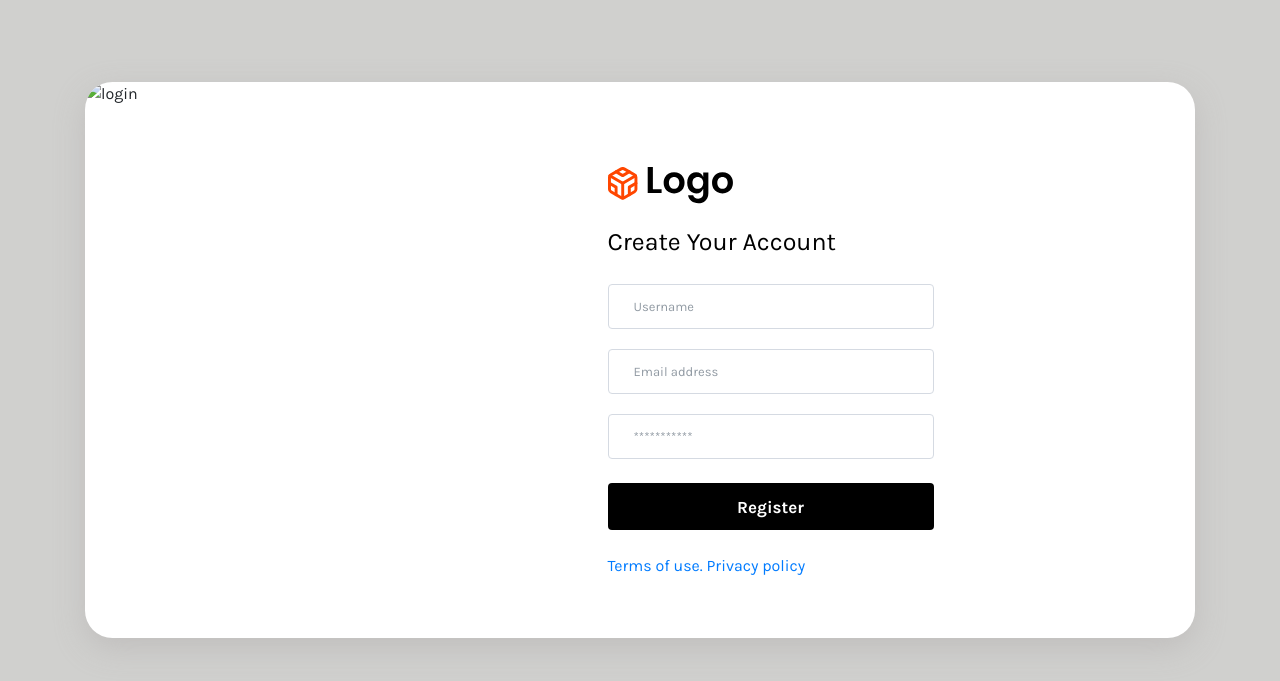
Repository: sara55m/Login
Page: http://localhost/register
An editor plug-in stored every save of this project. The page is shown before and after the next save, followed by the edit.
The browser window is 1280 px wide. The pictures show the whole page.
Some web libraries are served in a nearby version. The page is served by the project's Laravel application, run on PHP 8.4 with Laravel 10.

Above is the page before, as saved 2024-03-01 17:04:30.

After the next save:
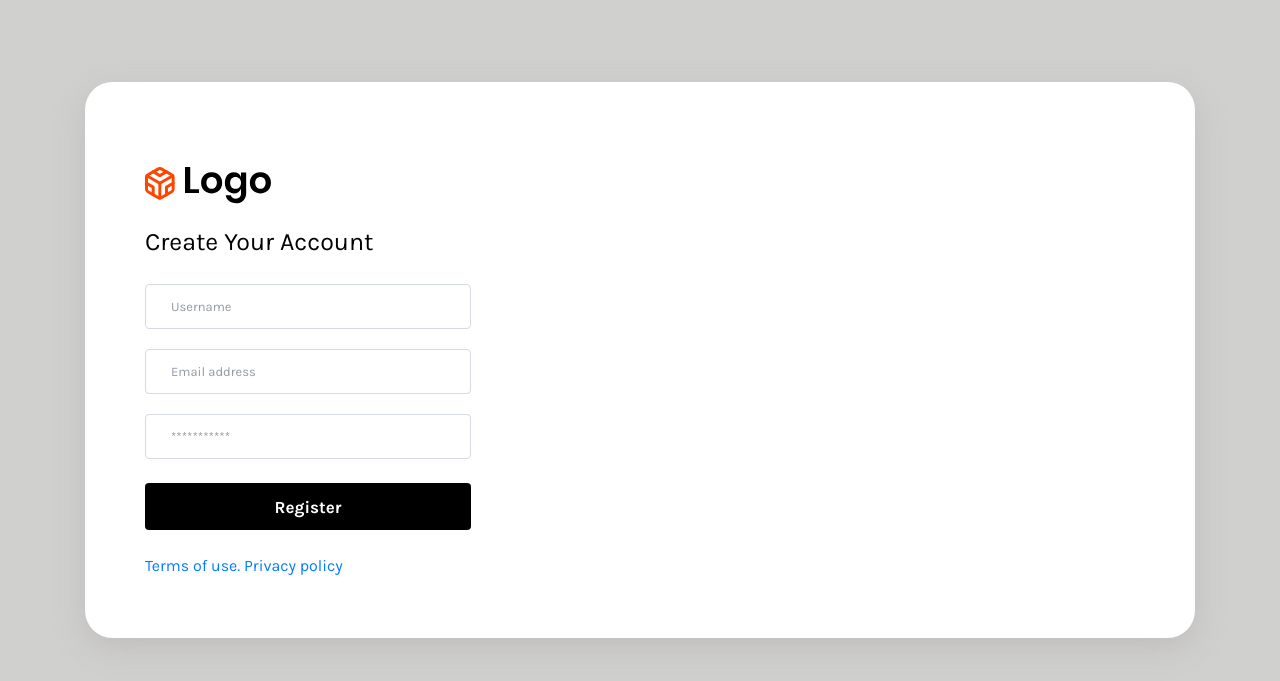
Saved 2 min 5 s later.
--- a/resources/views/register.blade.php
+++ b/resources/views/register.blade.php
@@ -15,7 +15,7 @@
     <div class="container">
       <div class="card login-card">
         <div class="row no-gutters">
-          <div class="col-md-5">
+          <div class="col-md-6">
             <img src="assets/images/images.jpg" alt="login" class="login-card-img">
           </div>
           <div class="col-md-7">

After the save that followed:
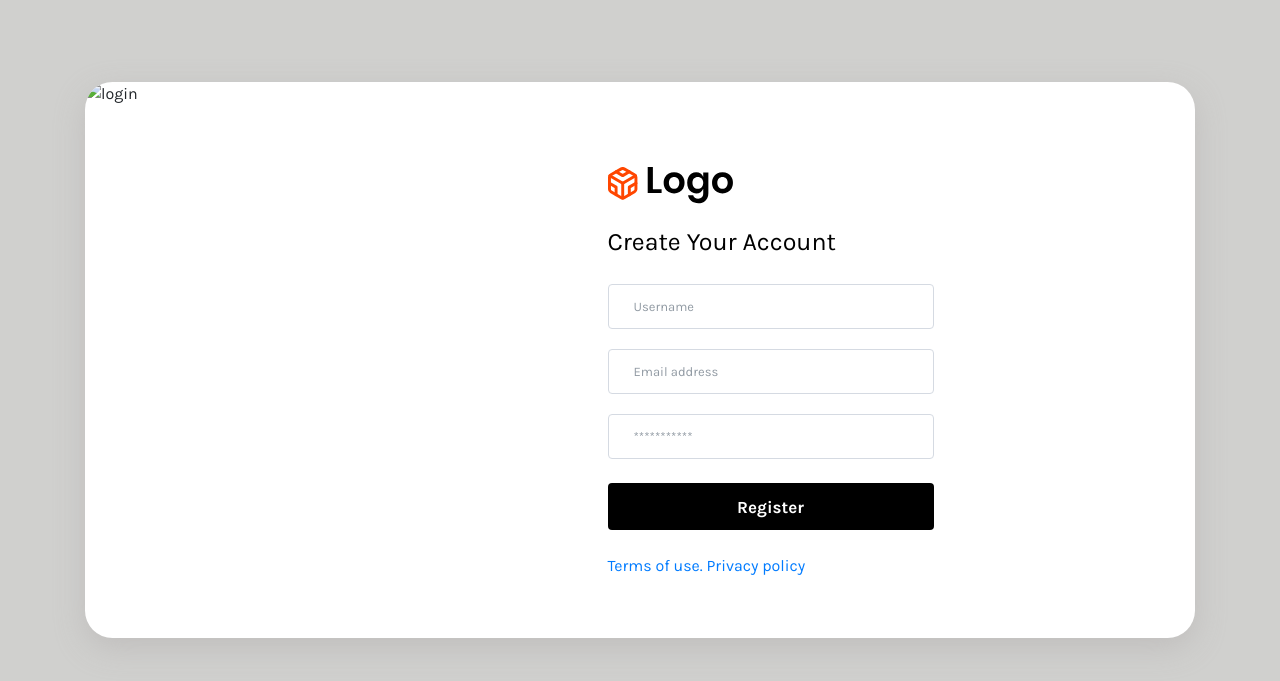
Saved 15 s later.
--- a/resources/views/register.blade.php
+++ b/resources/views/register.blade.php
@@ -15,7 +15,7 @@
     <div class="container">
       <div class="card login-card">
         <div class="row no-gutters">
-          <div class="col-md-6">
+          <div class="col-md-5">
             <img src="assets/images/images.jpg" alt="login" class="login-card-img">
           </div>
           <div class="col-md-7">
